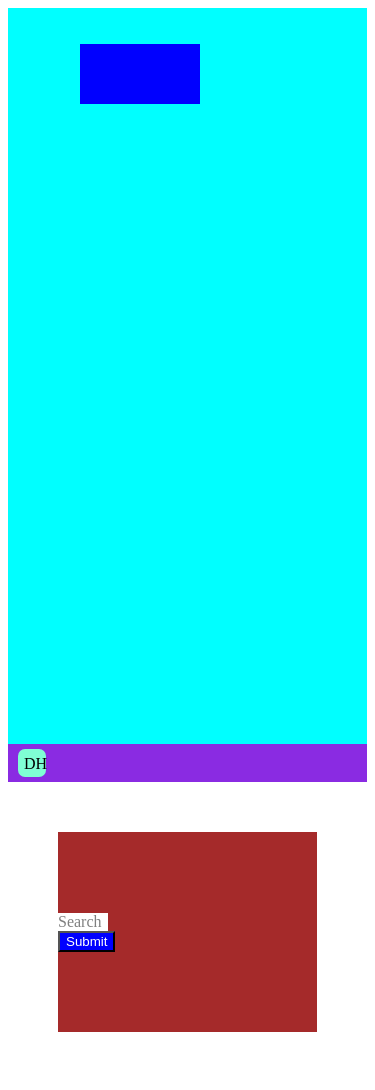
Repository: tr2cky/barrage
Page: index.html
The author's editor kept a copy of each file at every save. The page is drawn from the files as they stood at one save, then again after a run of saves.
The browser window is 375 px wide. The pictures show the whole page.

Above is the page before, as saved 2022-10-03 13:51:35.

After the next 6 saves:
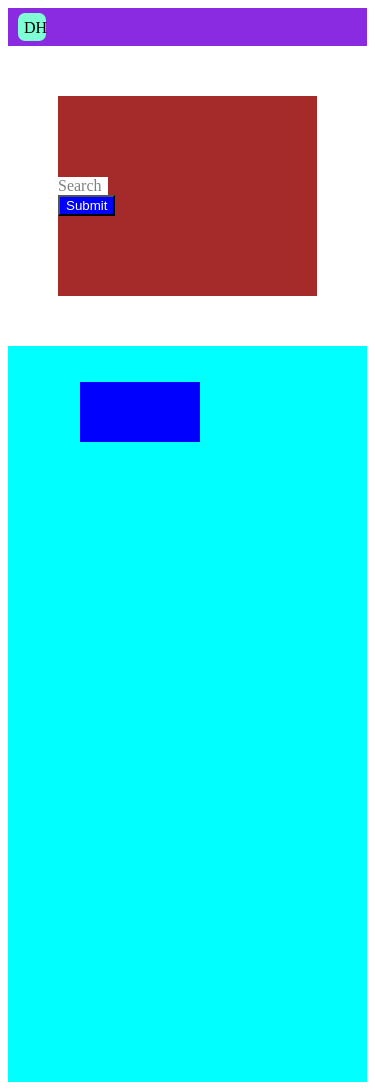
The 6 saves are shown as one change because they came seconds apart.
The last was saved 45 s later.
--- a/style.css
+++ b/style.css
@@ -51,7 +51,7 @@ button {
     .container {
         grid-template-columns: 1fr;
     }
-    .side {
-        maxw
+    main {
+        order: -1;
     }
 }
